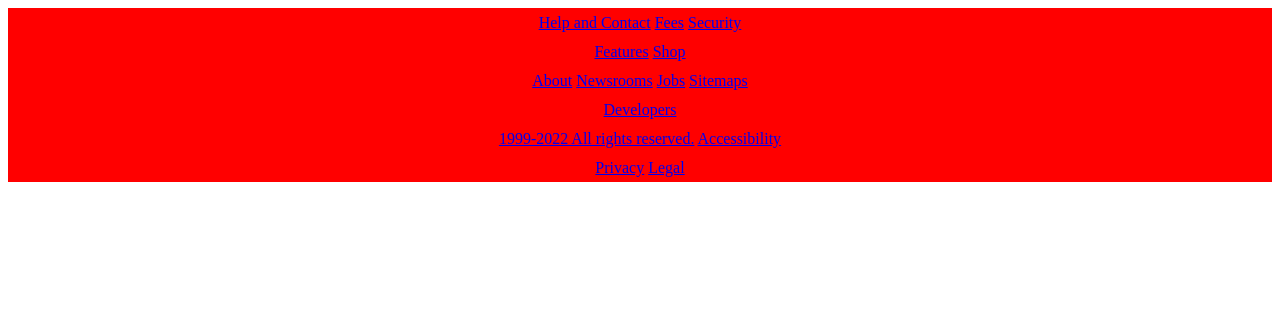
Repository: Jayeola3/Paypal
Page: text.html
An editor plug-in stored every save of this project. The page is shown before and after the next save, followed by the edit.
The browser window is 1280 px wide. The pictures show the whole page.

Above is the page before, as saved 2022-06-29 13:24:57.

After the next save:
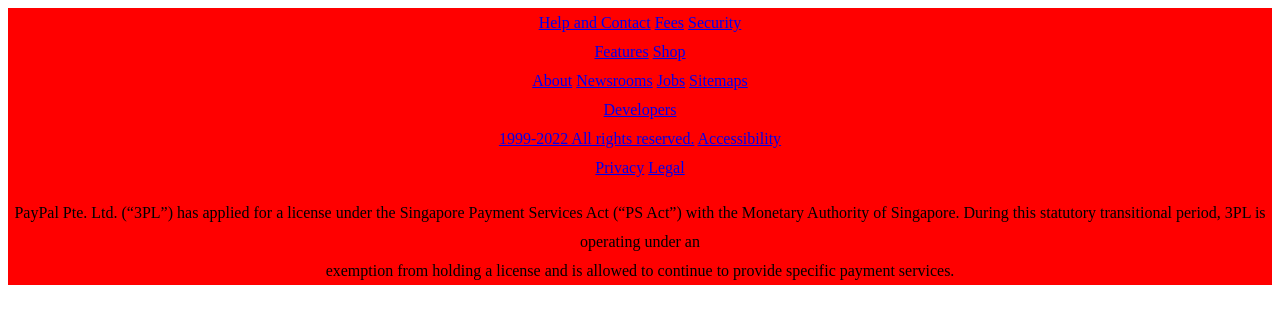
Saved 74 s later.
--- a/text.html
+++ b/text.html
@@ -24,6 +24,7 @@
         <a href="http://" class="access">Accessibility</a><br>
         <a href="http://" class="privacy">Privacy</a>
         <a href="http://" class="legal">Legal</a>
+        <p class="limited">PayPal Pte. Ltd. (“3PL”) has applied for a license under the Singapore Payment Services Act (“PS Act”) with the Monetary Authority of Singapore. During this statutory transitional period, 3PL is operating under an <br>exemption from holding a license and is allowed to continue to provide specific payment services.</p>
     <style>
         .moves{
             background-color: red;
